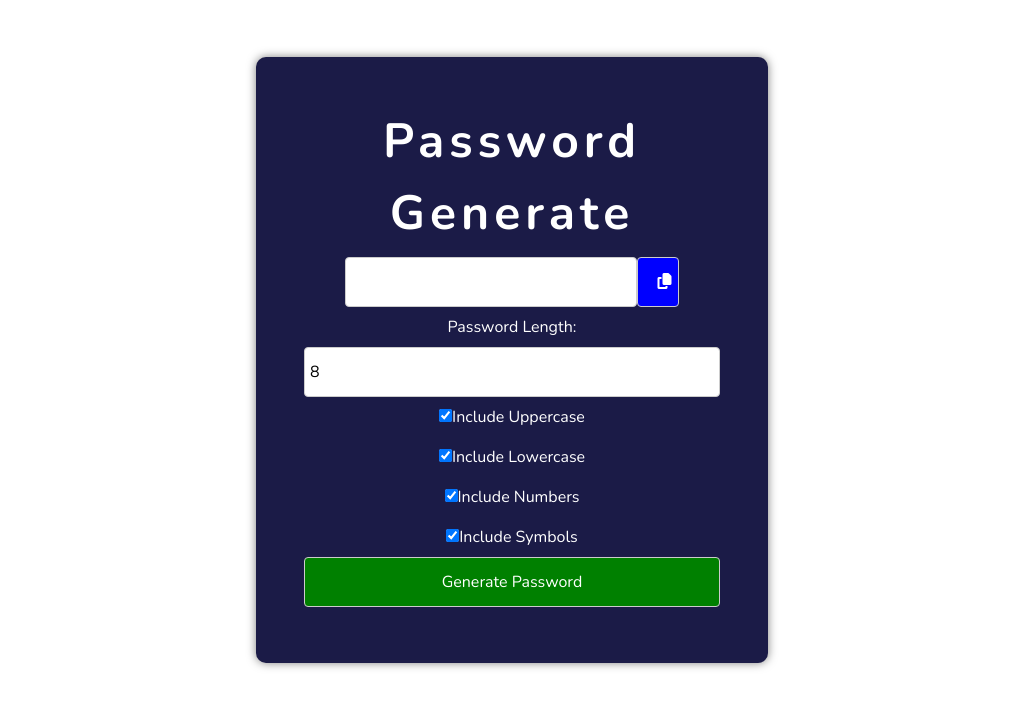
Repository: sriram1224/Password-generator
Page: / (app in password-generator/)
An editor plug-in stored every save of this project. The page is shown before and after the next save, followed by the edit.
The browser window is 1024 px wide. The pictures show the whole page.
Some web fonts or font styles are not loaded; a fallback is used. Some web libraries are served in a nearby version. The project was rebuilt for these pictures with package versions that can differ from the ones it lists, and the page was loaded fresh each time.

Above is the page before, as saved 2024-03-10 22:07:47.

### password-generator/public/index.html
<!DOCTYPE html>
<html lang="en">

<head>
  <meta charset="utf-8" />
  <link rel="icon" href="%PUBLIC_URL%/favicon.ico" />
  <meta name="viewport" content="width=device-width, initial-scale=1" />
  <meta name="theme-color" content="#000000" />
  <meta name="description" content="Web site created using create-react-app" />

  <link rel="apple-touch-icon" href="%PUBLIC_URL%/logo192.png" />
  <link rel="stylesheet" href="https://cdnjs.cloudflare.com/ajax/libs/font-awesome/6.5.1/css/all.min.css"
    integrity="sha512-DTOQO9RWCH3ppGqcWaEA1BIZOC6xxalwEsw9c2QQeAIftl+Vegovlnee1c9QX4TctnWMn13TZye+giMm8e2LwA=="
    crossorigin="anonymous" referrerpolicy="no-referrer" />


  <title>Password Generator App</title>
</head>

<body>
  <noscript>You need to enable JavaScript to run this app.</noscript>
  <div id="root"></div>
  <script src="https://cdn.tailwindcss.com"></script>
</body>

</html>

### password-generator/src/App.js
import PasswordGenerator from './Components/content.js';
import './App.css';

function App() {
  return (
    <div className="App">
       <PasswordGenerator />

    </div>
  );
}

export default App;

### password-generator/src/Components/content.js
import React, { useState } from 'react';
import "./content.css"
const PasswordGenerator = () => {
  const [includeUppercase, setIncludeUppercase] = useState(true);

    const [includeLowercase, setIncludeLowercase] = useState(true);
  const [includeNumbers, setIncludeNumbers] = useState(true);

    const [includeSymbols, setIncludeSymbols] = useState(true);
  const [password, setPassword] = useState('');
  const [passwordLength, setPasswordLength] = useState(8);

  const generatePassword = () => {


      const uppercaseChars = 'ABCDEFGHIJKLMNOPQRSTUVWXYZ';
    const lowercaseChars = 'abcdefghijklmnopqrstuvwxyz';
    const numberChars = '0123456789';

      const symbolChars = '!@#$%^&*()_+-=[]{}|;:,.<>?';

    let chars = '';
    if (includeUppercase) chars += uppercaseChars;

      if (includeLowercase) chars += lowercaseChars;
    if (includeNumbers) chars += numberChars;

      if (includeSymbols) chars += symbolChars;

    let generatedPassword = '';

      for (let i = 0; i < passwordLength; i++) {
      const randomIndex = Math.floor(Math.random() * chars.length);
      generatedPassword += chars[randomIndex];
    }

      setPassword(generatedPassword);
  };

  const copyToClipboard = () => {
    navigator.clipboard.writeText(password);
  };

  return (
    <div class="main">

      <h1>Password Generate</h1>
      <div>
        <input type="text" readOnly value={password} class="text-input"	 />
        <button onClick={copyToClipboard} class="copy"><i class="fa-solid fa-copy"></i></button>
          </div>
          <div>
        <label>
                  Password Length:
                  <br></br>
          <input type="number" value={passwordLength} class="input-numbers" onChange={(e) => setPasswordLength(parseInt(e.target.value))} />
        </label>
          </div>
          <div class="checkboxed">
               <div>
        <label>
          <input type="checkbox" checked={includeUppercase} onChange={() => setIncludeUppercase(!includeUppercase)} />
          Include Uppercase
        </label>
      </div>
      <div>
        <label>
          <input type="checkbox" checked={includeLowercase} onChange={() => setIncludeLowercase(!includeLowercase)} />
          Include Lowercase
        </label>
      </div>
      <div>
        <label>
          <input type="checkbox" checked={includeNumbers} onChange={() => setIncludeNumbers(!includeNumbers)} />
          Include Numbers
        </label>
      </div>
      <div>
        <label>
          <input type="checkbox" checked={includeSymbols} onChange={() => setIncludeSymbols(!includeSymbols)} />
          Include Symbols
        </label>
              </div>
            </div>

          <button onClick={generatePassword} class="generate">Generate Password</button>
    </div>
  );
};

export default PasswordGenerator;

### password-generator/src/Components/content.css

@import url('https://fonts.googleapis.com/css2?family=Noto+Sans:ital,wght@0,100..900;1,100..900&family=Nunito:ital,wght@0,200..1000;1,200..1000&family=Protest+Revolution&display=swap');
*{
    margin: 0;
    padding: 0;
    box-sizing: border-box;
    font-family: 'Nunito', sans-serif;
}
.text-input{
    width: 70%;
    padding: 12px 20px;
    margin: 8px 0;
    display: inline-block;
    border: 1px solid #ccc;
    border-radius: 4px;
    box-sizing: border-box;
    color: black;
}
.copy{
    width: 10%;
    padding: 12px 20px;
    margin: 8px 0;
    display: inline-block;
    border: 1px solid #ccc;
    border-radius: 4px;
    box-sizing: border-box;
    background-color: blue;
    color: white;
}
.checkboxed{
    display: flex;
    gap: 2rem;
}
.generate{

    padding: 12px 20px;
    margin: 8px 0;
    display: inline-block;
    border: 1px solid #ccc;
    border-radius: 4px;
    box-sizing: border-box;
    background-color: green;
    color: white;
}
.input-numbers{
    width: 8%;
    padding: 12px 5px;
    color: black;
    margin: 8px 0;
    display: inline-block;
    border: 1px solid #ccc;
    border-radius: 4px;
    box-sizing: border-box;
}
@media screen and (max-width: 1100px) {


    .generate,
    .input-numbers {
        width: 100%;
    }

    .checkboxed {
        flex-direction: column;
        gap: 1rem;
    }
}
.main {
    padding: 3rem;
    border-radius:10px;
    background-color:rgb(27, 27, 71);
    color:white;
    box-shadow: 0px 0px 10px rgba(0, 0, 0, 0.5);
    /* Adjust as needed */
    position: absolute;
    top: 50%;
    left: 50%;
    transform: translate(-50%, -50%);
    /* Add width and height if necessary */
}
.main h1{
    font-size: 3rem;
    letter-spacing: 5px;
    font-weight: 700;
}

Loaded but not shown: password-generator/src/index.js (common file); password-generator/src/index.css (common file); password-generator/src/reportWebVitals.js (common file); password-generator/src/App.css (common file)

After the next save:
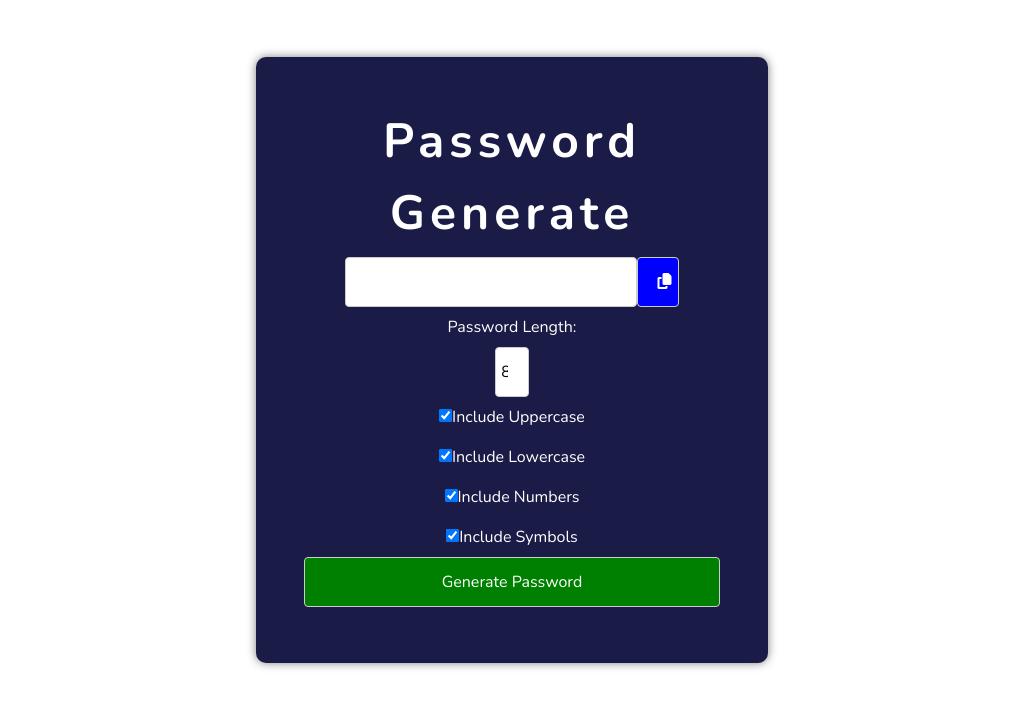
Saved 4 min 17 s later.
--- a/password-generator/src/Components/content.css
+++ b/password-generator/src/Components/content.css
@@ -55,8 +55,7 @@
 @media screen and (max-width: 1100px) {
 
 
-    .generate,
-    .input-numbers {
+    .generate {
         width: 100%;
     }
 
